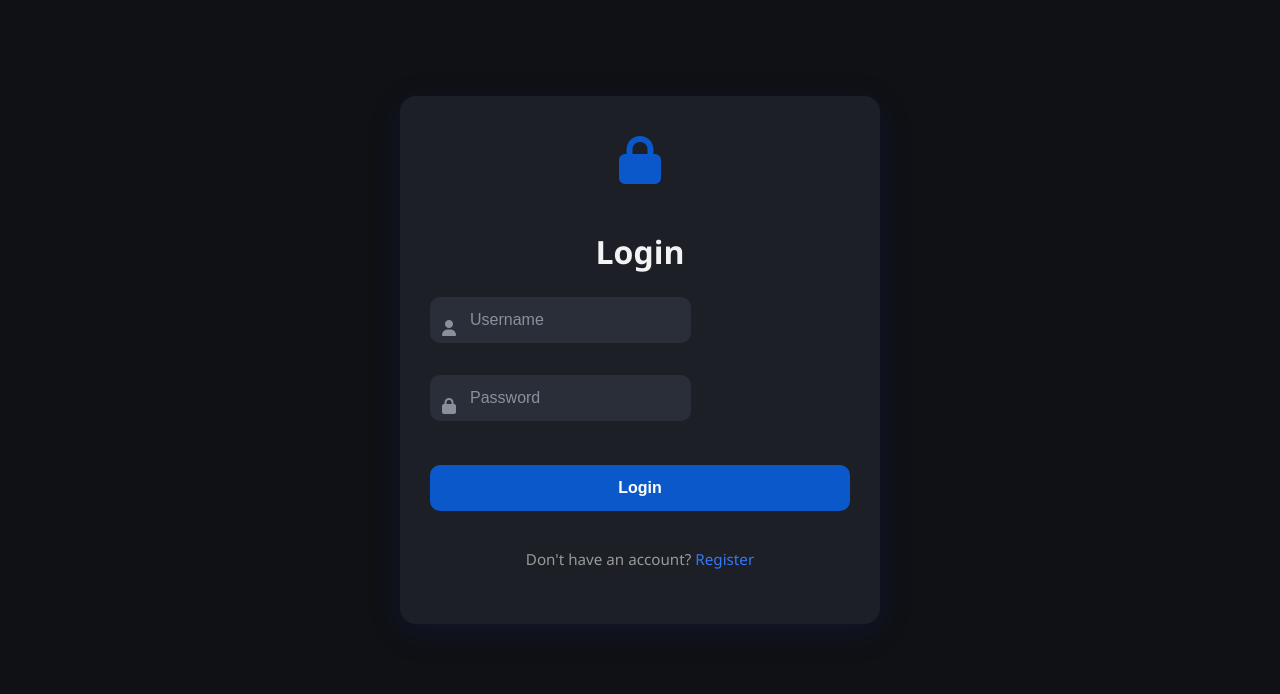
Repository: lowluds/auth-flask
Page: http://localhost/login
These files come from the project's save history. The page is drawn as it stood at one moment and after the next save; the edit follows.
The browser window is 1280 px wide. The pictures show the whole page.
The page is served by the project's application, run on Flask 3 (login.py).

Above is the page before, as saved 2025-07-10 22:10:52.

### templates/login.html
<!DOCTYPE html>
<html lang="en">
<head>
    <meta charset="UTF-8">
    <meta name="viewport" content="width=device-width, initial-scale=1.0">
    <title>Login</title>
    <link rel="stylesheet" href="{{ url_for('static', filename='register.css') }}">
    <link rel="stylesheet" href="{{ url_for('static', filename='error.css') }}">
    <link rel="stylesheet" href="https://cdnjs.cloudflare.com/ajax/libs/font-awesome/6.5.0/css/all.min.css">
</head>

<body>
    <div class="login-container">
        <i class="fas fa-lock" style="font-size:48px; color:#0a58ca; margin-bottom: 20px;"></i>
        <h2>Login</h2>
        <form method="post" action="/login">

          <div class="input-group">
              <i class="fas fa-user"></i>
              <input type="text" name="username" placeholder="Username" required><br>
            </div>

            <div class="input-group">
              <i class="fas fa-lock"></i>
              <input type="password" name="password" placeholder="Password" required><br>
            </div>

            {% with messages = get_flashed_messages(with_categories=true) %}
              {% if messages %}
                {% for category, message in messages %}
                  {% if category == 'error' %}
                  <div class="input-error">{{ message }}</div>
                  {% endif %}
                {% endfor %}
              {% endif %}
            {% endwith %}

            <button type="submit">Login</button><br>

            {% if show_forgot %}
            <a href="{{ url_for('forgot_password') }}" class="forgot-link">Forgot password?</a>
            {% endif %}

        </form>
        <p>Don't have an account? <a href="/register">Register</a></p>
    </div>
</body>
</html>

### login.py
from flask import Flask, render_template, request, redirect, url_for, session, flash
from werkzeug.security import check_password_hash
from werkzeug.security import generate_password_hash
import json

app = Flask (__name__)
app.secret_key = '123abc456'  # Change this to a secure random value

@app.route('/')
def home():
    return redirect(url_for('login'))

# Login
@app.route('/login', methods=['GET', 'POST'])
def login():
    if request.method == 'POST':
        # Get form input
        username = request.form['username']
        password = request.form['password']

        # Load users from JSON
        with open('users/userDB.json', 'r') as file:
            data = json.load(file)

        # Look for user
        for user in data['users']:
            if user['username'] == username:
                # Check hashed password
                if check_password_hash(user['password'], password):
                    session['username'] = username
                    session['group'] = user['group']
                    session.pop('show_forgot', None)

                    # Redirect based on group
                    if user['group'] == 'admin':
                        return redirect(url_for('admin'))
                    else:
                        return redirect(url_for('dashboard'))

                flash("Incorrect password", "error")
                session['show_forgot'] = True
                return redirect(url_for('login'))

        flash("Username or password not found", "error")
        session.pop('show_forgot', None)
        return redirect(url_for('login'))

    show_forgot = session.pop('show_forgot', False)
    return render_template('login.html', show_forgot=show_forgot)

# Register
@app.route('/register', methods=['GET', "POST"])
def register():
    if request.method == 'POST':
        username = request.form['username']
        password = request.form['password']
        group = "user"

        # Load existing users
        with open('users/userDB.json', 'r') as file:
            data = json.load(file)

        # Check for duplicate username
        for user in data['users']:
            if user['username'] == username:
                flash("Username already exists. Please choose another.", "error")
                return redirect(url_for('register'))

        # Hash the password
        hashed_password = generate_password_hash(password)

        # Add new user to userDB.json
        data['users'].append({
            'username': username,
            'password': hashed_password,
            'group'   : group
        })

        # Save the updated user to userDB.json
        with open('users/userDB.json', "w") as file:
            json.dump(data, file, indent=4)

        flash("You are registered! Please log in.", "success")
        return redirect(url_for('login'))

    # Only runs for GET requests
    return render_template('register.html')

# Forgot Password
@app.route('/forgot')
def forgot_password():
    return render_template('forgot.html')

# Dashboard
@app.route('/dashboard')
def dashboard():
    # Check if user is logged in
    if 'username' in session:
        return render_template('dashboard.html')
    else:
        return redirect(url_for('login'))
# Admin dashboard
@app.route('/admin')
def admin():
    if 'username' in session:
        if session.get('group') == 'admin':
            return render_template('admin.html')
        else:
            return "You are logged in, but not authorized to view this page"
    else:
        return redirect(url_for('login'))

# Logout
@app.route('/logout')
def logout():
    session.pop('username', None)
    return redirect(url_for('login'))

if __name__ == '__main__':
    app.run(debug=True)

### static/register.css
/* Global dark theme */
body {
    background: #0f1115;
    font-family: 'Segoe UI', Tahoma, Geneva, Verdana, sans-serif;
    margin: 0;
    padding: 0;
    color: #f3f3f3;
    min-height: 100vh;
    display: flex;
    justify-content: center;
    align-items: center;
}

/* Shared container styles */
.login-container,
.register-container,
.dashboard-container,
.admin-dashboard-container {
    background: #1c1f26;
    max-width: 420px;
    width: 100%;
    padding: 40px 30px;
    margin: 60px auto;
    border-radius: 16px;
    box-shadow: 0 8px 32px rgba(31, 38, 135, 0.18);
    display: flex;
    flex-direction: column;
    align-items: center;
}

.input-group {
    position: relative;
    width: 100%;
    margin-bottom: 16px;
}

.input-group i {
    position: absolute;
    top: 50%;
    left: 12px;
    transform: translateY(-50%);
    color: #8a8f9c;
    font-size: 1rem;
}

.input-group input {
    padding-left: 40px;
}

/* Headings */
.login-container h2,
.register-container h2,
.dashboard-container h2,
.admin-dashboard-container h2 {
    color: #f3f3f3;
    margin-bottom: 24px;
    font-weight: 600;
    font-size: 2rem;
    text-align: center;
}

/* Forms */
form {
    width: 100%;
    display: flex;
    flex-direction: column;
}

/* Labels */
label {
    margin-bottom: 6px;
    color: #ccc;
    font-size: 0.95rem;
}

/* Inputs */
input,
select {
    padding: 14px;
    margin-bottom: 16px;
    border: none;
    border-radius: 10px;
    background-color: #2a2e39;
    color: #f3f3f3;
    font-size: 1rem;
    transition: all 0.2s ease-in-out;
}

input::placeholder {
    color: #8a8f9c;
}

input:focus,
select:focus {
    outline: none;
    background-color: #2f3541;
    border: 1.5px solid #3478f6;
}

/* Buttons */
button {
    background-color: #0a58ca;
    color: #fff;
    border: none;
    border-radius: 10px;
    padding: 14px;
    font-size: 1rem;
    font-weight: 600;
    cursor: pointer;
    transition: background-color 0.3s ease;
    margin-top: 12px;
}

button:hover {
    background-color: #0846a1;
}

/* Links */
a {
    color: #3478f6;
    text-decoration: none;
    font-weight: 500;
    font-size: 0.95rem;
}

a:hover {
    color: #5a9afc;
    text-decoration: underline;
}

/* Paragraphs */
p {
    margin-top: 16px;
    color: #999;
    font-size: 0.95rem;
}

/* Forgot Password */
.forgot-link {
    text-align: center;
    margin-bottom: 10px;
}

/* Flash error styling */
.input-error {
    color: #ff4d4d;
    font-weight: bold;
    margin-bottom: 12px;
    text-align: center;
}

/* Responsive */
@media (max-width: 600px) {
    .login-container,
    .register-container,
    .dashboard-container,
    .admin-dashboard-container {
        width: 90%;
        padding: 24px;
    }
}

### static/error.css
/* Modern error style for login and form input errors */
.input-error {
    background: none;
    color: #ff0000;
    padding: 0;
    border-radius: 0;
    margin: 14px 0 18px 0;
    font-weight: 600;
    text-align: center;
    box-shadow: none;
    letter-spacing: 0.7px;
    font-size: 1.08rem;
    border: none;
    text-shadow: none;
    max-width: 400px;
    width: 90%;
    margin-left: auto;
    margin-right: auto;
}
@keyframes fadeOut {
  0% { opacity: 0.98; transform: translateY(0); }
  80% { opacity: 0.98; }
  100% { opacity: 0; transform: translateY(-20px); pointer-events: none; }
}

After the next save:
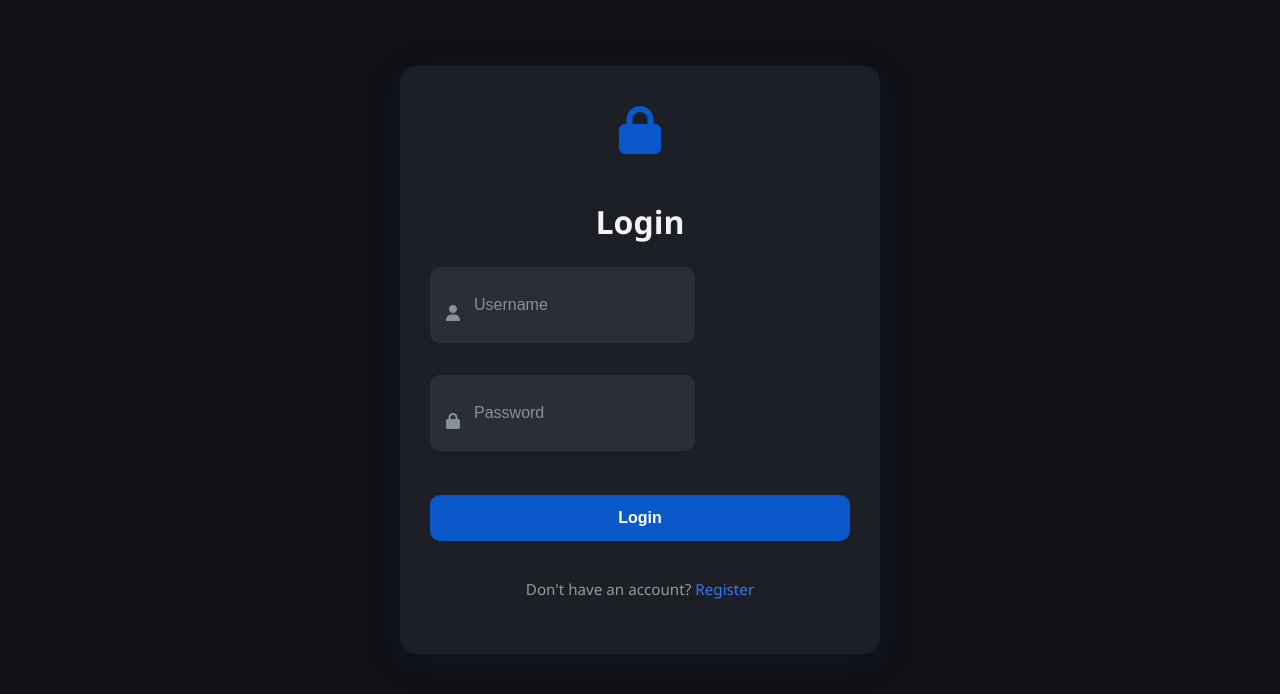
Saved 99 s later.
--- a/static/register.css
+++ b/static/register.css
@@ -37,14 +37,27 @@ body {
 .input-group i {
     position: absolute;
     top: 50%;
-    left: 12px;
+    left: 16px;
     transform: translateY(-50%);
     color: #8a8f9c;
     font-size: 1rem;
+    pointer-events: none;
 }
 
 .input-group input {
-    padding-left: 40px;
+    padding: 14px 14px 14px 44px; /* make space for icon */
+    height: 48px;
+    line-height: 20px;
+    border: none;
+    border-radius: 10px;
+    background-color: #2a2e39;
+    color: #f3f3f3;
+    font-size: 1rem;
+    transition: all 0.2s ease-in-out;
+}
+
+.input-group input:focus {
+    box-shadow: 0 0 0 2px rgba(52, 120, 246, 0.4);
 }
 
 /* Headings */
